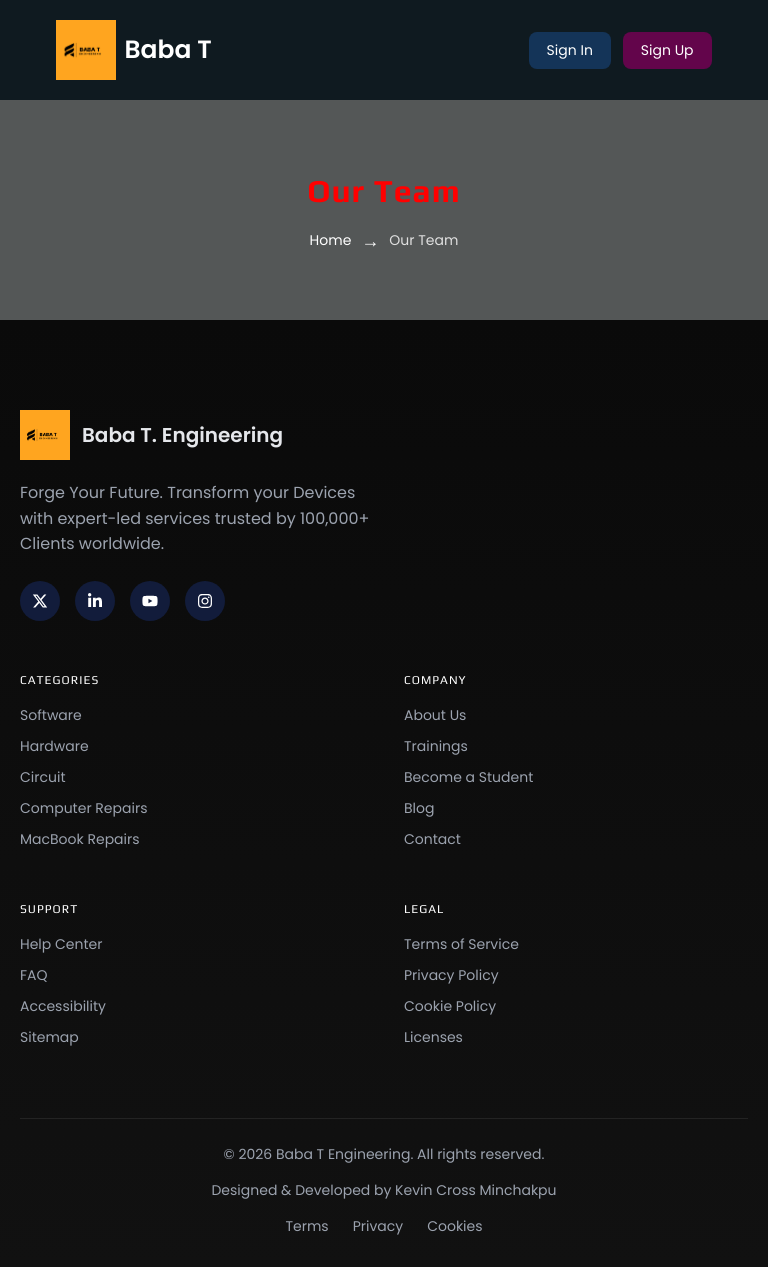
Repository: KC-Minchakpu/babatunde
Page: /about/team
The author's editor kept a copy of each file at every save. The page is drawn from the files as they stood at one save, then again after the next save.
The browser window is 768 px wide. The pictures show the whole page.
The project was rebuilt for these pictures with package versions that can differ from the ones it lists, and the page was loaded fresh each time. The framework's server and built-in components were replaced by stand-ins that run in the browser. Also part of the build but not shown: next.config.ts.

Above is the page before, as saved 2026-02-20 17:50:43.

After the next save:
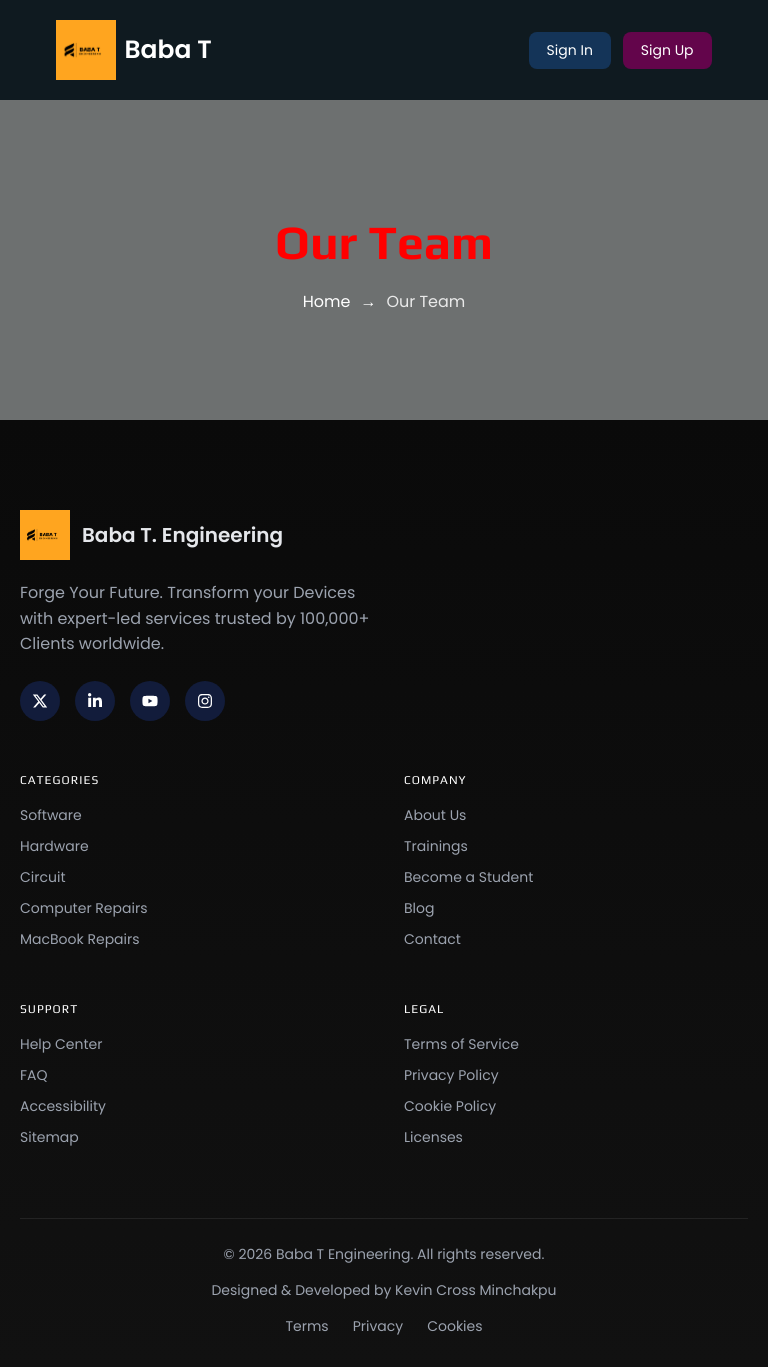
Saved 31 s later.
--- a/src/components/PageBanner/PageBanner.module.css
+++ b/src/components/PageBanner/PageBanner.module.css
@@ -2,10 +2,6 @@
   position: relative;
   width: 100%;
   height: 320px;
-
-  background-size: cover;
-  background-position: center;
-  background-repeat: no-repeat;
 
   display: flex;
   align-items: center;
@@ -15,97 +11,62 @@
   overflow: hidden;
 }
 
-/* ================================
+/* ===========================
    Background Variants
-================================ */
+=========================== */
 
-/* About Page Background */
-.aboutBanner {
-    background: linear-gradient(
-    180deg,
-    rgba(255, 255, 255, 0.06),
-    rgba(255, 255, 255, 0.02)
-  );
+.about {
+  background-image: url("/images/about-banner.jpg");
+  background-size: cover;
+  background-position: center;
 }
 
-/* Add more banners like this later */
-.contactBanner {
-  background-image: url("/images/contact-banner.jpg");
+.contact {
+  background-color: #0f172a; /* Dark blue */
 }
 
-.servicesBanner {
-  background-image: url("/images/services-banner.jpg");
+.services {
+  background-color: #1e293b; /* Slate */
 }
 
-/* ================================
+/* ===========================
    Overlay
-================================ */
+=========================== */
 
 .overlay {
   position: absolute;
   inset: 0;
-  background: rgba(0, 0, 0, 0.65);
-  z-index: 1;
+  background: rgba(0, 0, 0, 0.55);
 }
 
-/* ================================
-   Content
-================================ */
-
+/* Content */
 .content {
   position: relative;
   z-index: 2;
-  color: #ffffff;
+  color: white;
 }
 
 .title {
   font-size: 48px;
   font-weight: 700;
   margin-bottom: 12px;
-  letter-spacing: 1px;
 }
 
 .breadcrumb {
   display: flex;
-  align-items: center;
   justify-content: center;
   gap: 10px;
-
-  font-size: 16px;
 }
 
 .link {
-  color: #ffffff;
+  color: white;
   text-decoration: none;
-  transition: opacity 0.3s ease;
 }
 
 .link:hover {
   opacity: 0.7;
 }
 
-.separator {
-  font-size: 18px;
+.current {
+  opacity: 0.85;
 }
-
-.current {
-  color: #e0e0e0;
-}
-
-/* ================================
-   Responsive
-================================ */
-
-@media (max-width: 768px) {
-  .banner {
-    height: 220px;
-  }
-
-  .title {
-    font-size: 32px;
-  }
-
-  .breadcrumb {
-    font-size: 14px;
-  }
-}
